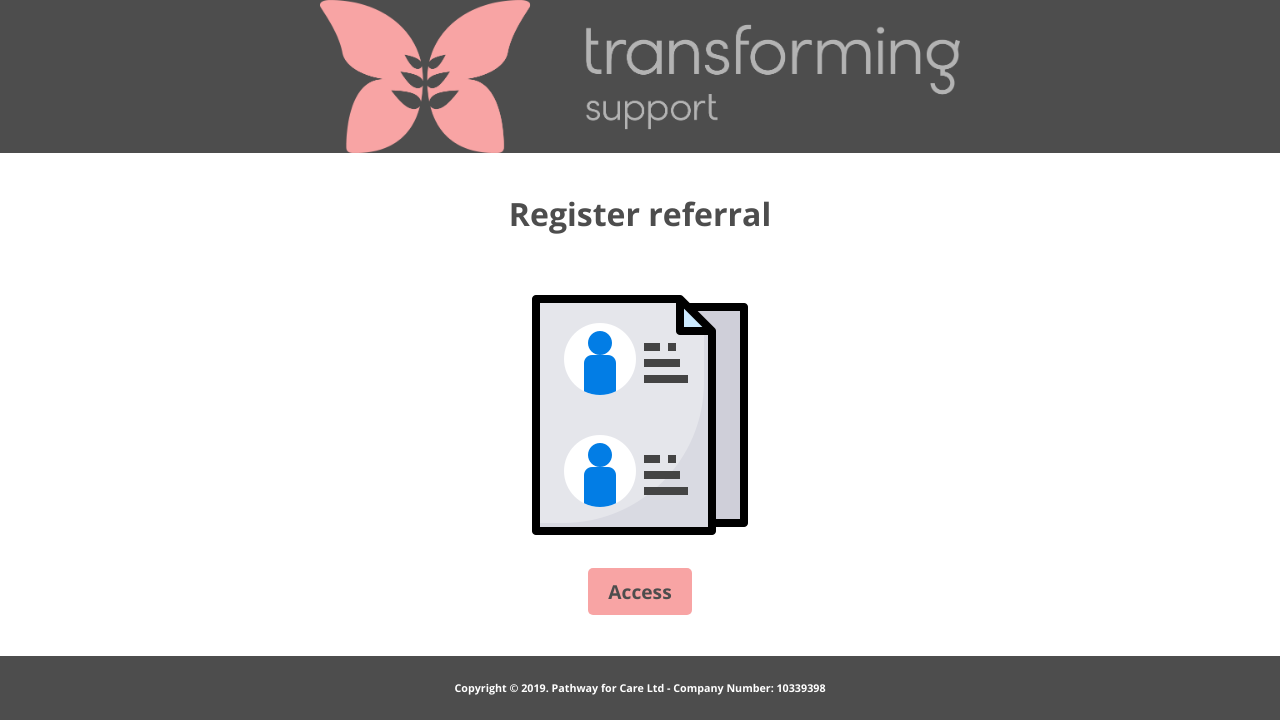
Repository: israelrodriguees/QAactivity
Page: http://localhost/referral/index.jsp
These files come from the project's save history. The page is drawn as it stood at one moment and after the next save; the edit follows.
The browser window is 1280 px wide. The pictures show the whole page.
The page is served by Tomcat 9. Other server files are loaded and not shown.

Above is the page before, as saved 2021-09-08 15:22:20.

### referral/src/main/webapp/index.jsp
<!DOCTYPE html>
<html>
<head>
<meta charset="ISO-8859-1">
<title>Referral Form</title>
<link rel="icon" href="images/form.png">
<link rel="stylesheet" href="style.css">
<style>
h6{
text-align: center;
}
</style>

</head>
<body>
	<div id="page">

		<header>
			<div class="image-container" style="background-color: #4d4d4d;">
				<img id="TS" src="images/transforming-support-horizontal.png">
			</div>
		</header>
		<main>
			<div class="divHP">
				<h1 style="color: #4d4d4d;">Register referral</h1>
			</div>
			<div class="divHP">
				<img src="images/bigform.png">
			</div>
			<div class="divHP">
				<a href="main" class="button1">Access</a>
			</div>

		</main>
		<footer>
				 <h6>Copyright © 2019. Pathway for Care Ltd - Company
					Number: 10339398 </h6>
		</footer>
	</div>
</body>
</html>

### referral/src/main/webapp/style.css
@charset "ISO-8859-1";

@import
	url('https://fonts.googleapis.com/css2?family=Open+Sans:wght@400;700&display=swap')
	;

body {
	font-family: 'Open Sans', sans-serif;;
	font-size: 1em;
	font-weight: 400;
	margin: 0;
}

h1 {
	color: #f8a4a4;
}

.divHP {
	text-align: center;
	display: inline-block;
	margin: auto;
	padding: 15px 0px 15px 0px;
	width: 100%;
}

.divTable {
	overflow: scroll;
	padding: 10px 0px 10px 0px;
}

.divInput {
	border-color: #0C2749;
	border-width: 3px;
	padding: 2px;
}

#page {
	display: grid;
	grid-template-columns: 1fr;
	grid-template-rows: 0.3fr auto 0.2fr;
	grid-gap: 3px;
	width: 100vw;
	height: 100vh;
	grid-template-areas:
	"header"
	"main"
	"footer";
}

footer {
	background-color: #4d4d4d;
	grid-area: footer;
	color: #ffffff;
}

.image-container{
	display:flex;
	justify-content: center;
	background-color:4d4d4d;
}

#TS {
	height: 50%;
	width: 50%;
	text-align: center;
}

.button1 {
	text-decoration: none;
	text-align: center;
	background-color: #f8a4a4;
	padding: 10px 20px 10px 20px;
	color: #4d4d4d;
	font-size: 1.2em;
	font-weight: 700;
	border-radius: 5px;
	border: 0;
	cursor: pointer;
	width: 100px;
	height: 30px;
	margin: auto;
}

.button2 {
	text-decoration: none;
	background-color: #d51213;
	padding: 5px 10px 5px 10px;
	color: #fff;
	font-size: 1.2em;
	font-weight: 700;
	border-radius: 5px;
}

.Box1 {
	width: 800px;
	padding: 15px;
	margin-bottom: 10px;
	border: 1px solid #f8a4a4;
	border-radius: 5px;
}

.Box2 {
	width: 800px;
	height: 200px;
	padding: 15px;
	margin-bottom: 10px;
	border: 1px solid #f8a4a4;
	border-radius: 5px;
}

#Box3 {
	padding: 15px;
	margin-bottom: 10px;
	border: 1px solid #ff0000;
	border-radius: 5px;
}

#table {
	margin-top: 30px;
	border-collapse: collapse;
	overflow: auto;
}

#table th {
	border: 1px solid #4d4d4d;
	padding: 10px;
	text-align: left;
	color: #4d4d4d;
	background-color: #f8a4a4;
}

#table td {
	border: 1px solid #4d4d4d;
	padding: 10px;
}

select {
	-webkit-appearance: none;
	-moz-appearance: none;
	appearance: none;
}

After the next save:
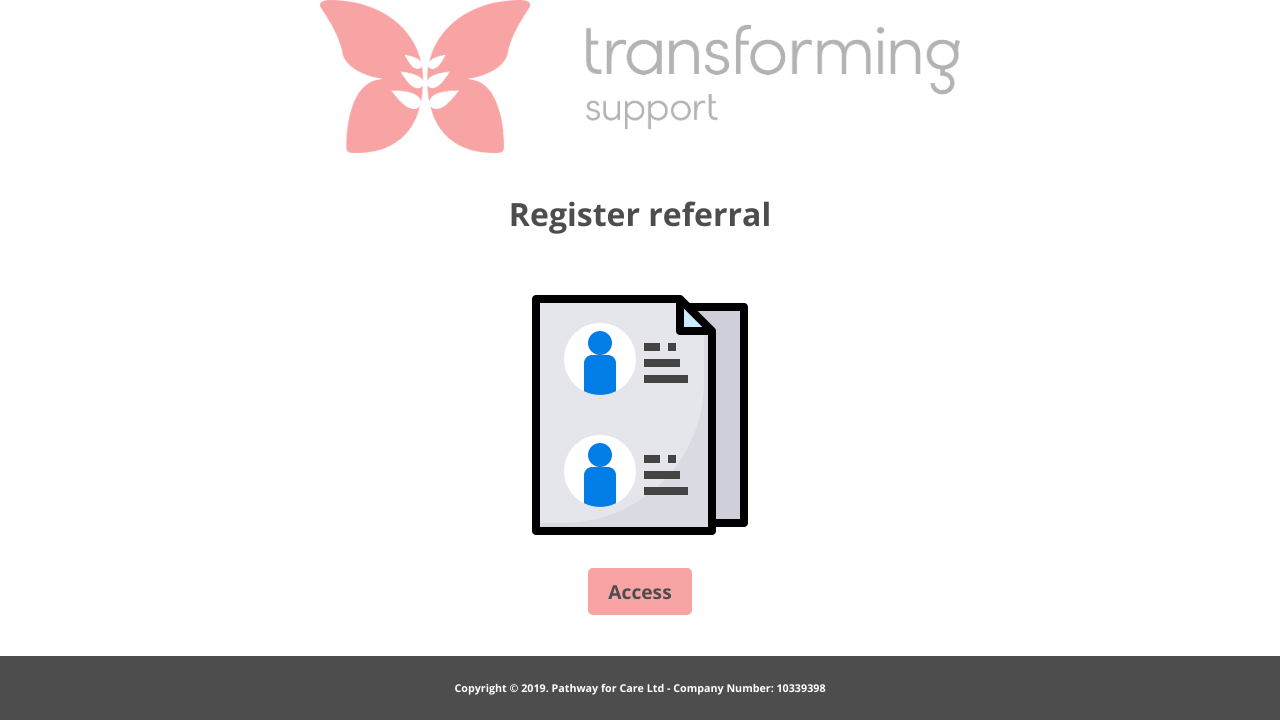
Saved 30 s later.
--- a/referral/src/main/webapp/index.jsp
+++ b/referral/src/main/webapp/index.jsp
@@ -16,7 +16,7 @@
 	<div id="page">
 
 		<header>
-			<div class="image-container" style="background-color: #4d4d4d;">
+			<div class="image-container"">
 				<img id="TS" src="images/transforming-support-horizontal.png">
 			</div>
 		</header>

After the save that followed:
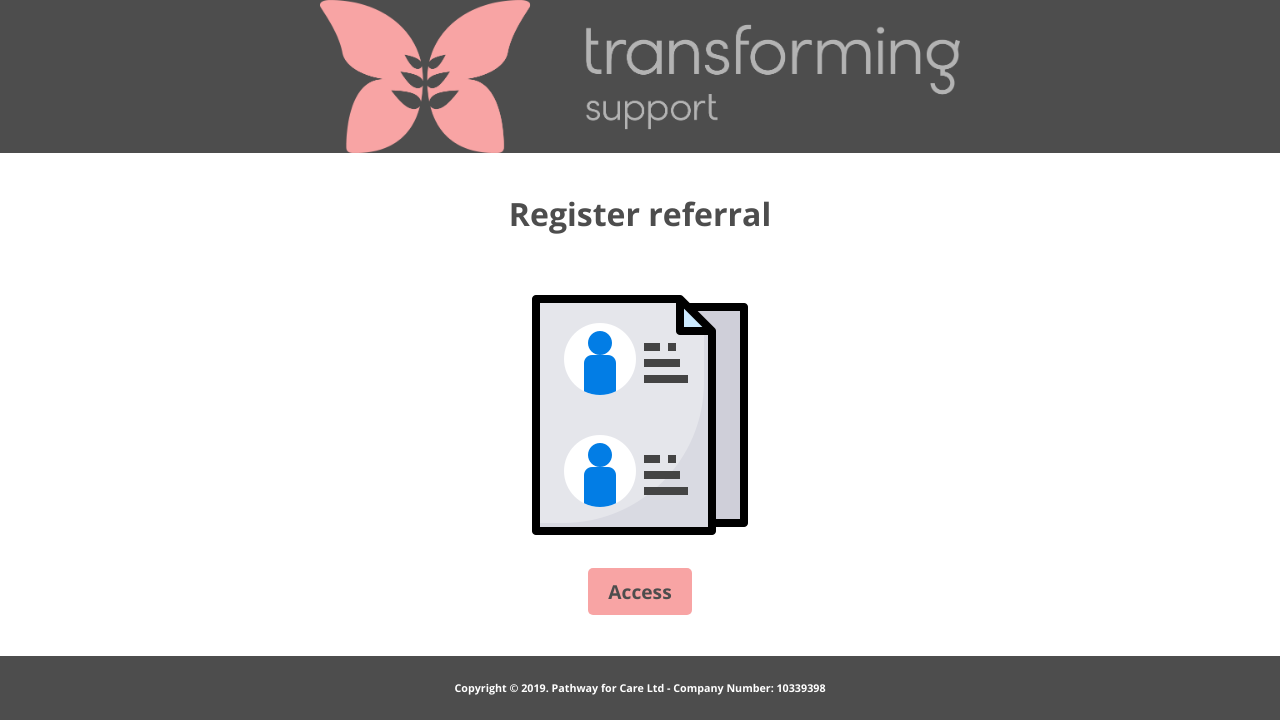
Saved 7 s later.
--- a/referral/src/main/webapp/style.css
+++ b/referral/src/main/webapp/style.css
@@ -56,7 +56,7 @@
 .image-container{
 	display:flex;
 	justify-content: center;
-	background-color:4d4d4d;
+	background-color: #4d4d4d;
 }
 
 #TS {
